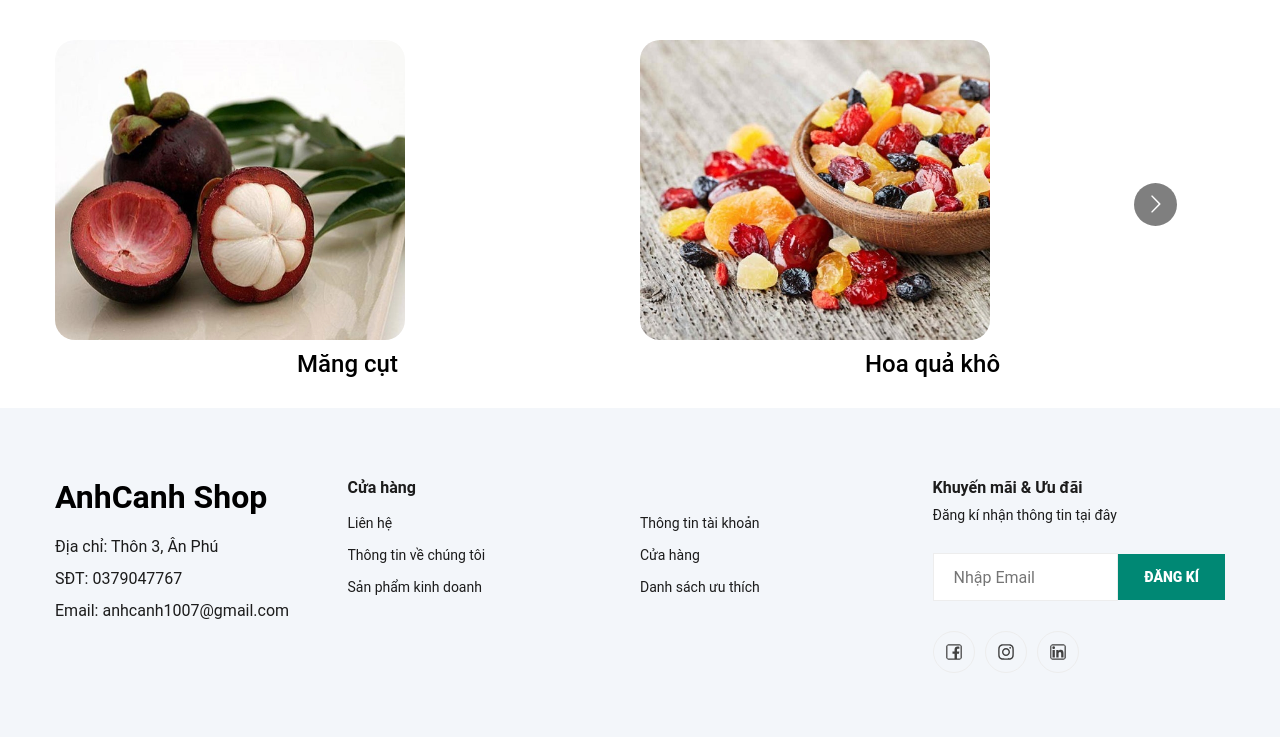
Repository: anhcanh1007/show_product
Page: /
The author's editor kept a copy of each file at every save. The page is drawn from the files as they stood at one save, then again after a run of saves.
The browser window is 1280 px wide. The pictures show the part of the page from y = 591 to 1356 px (the page is 1328 px tall before and 1356 px after).
The project was rebuilt for these pictures with package versions that can differ from the ones it lists, and the page was loaded fresh each time. Imported but missing from the stored project, and not drawn on this page: src/pages/user/profilePage.

Above is the page before, as saved 2024-01-28 10:20:29.

After the next 2 saves:
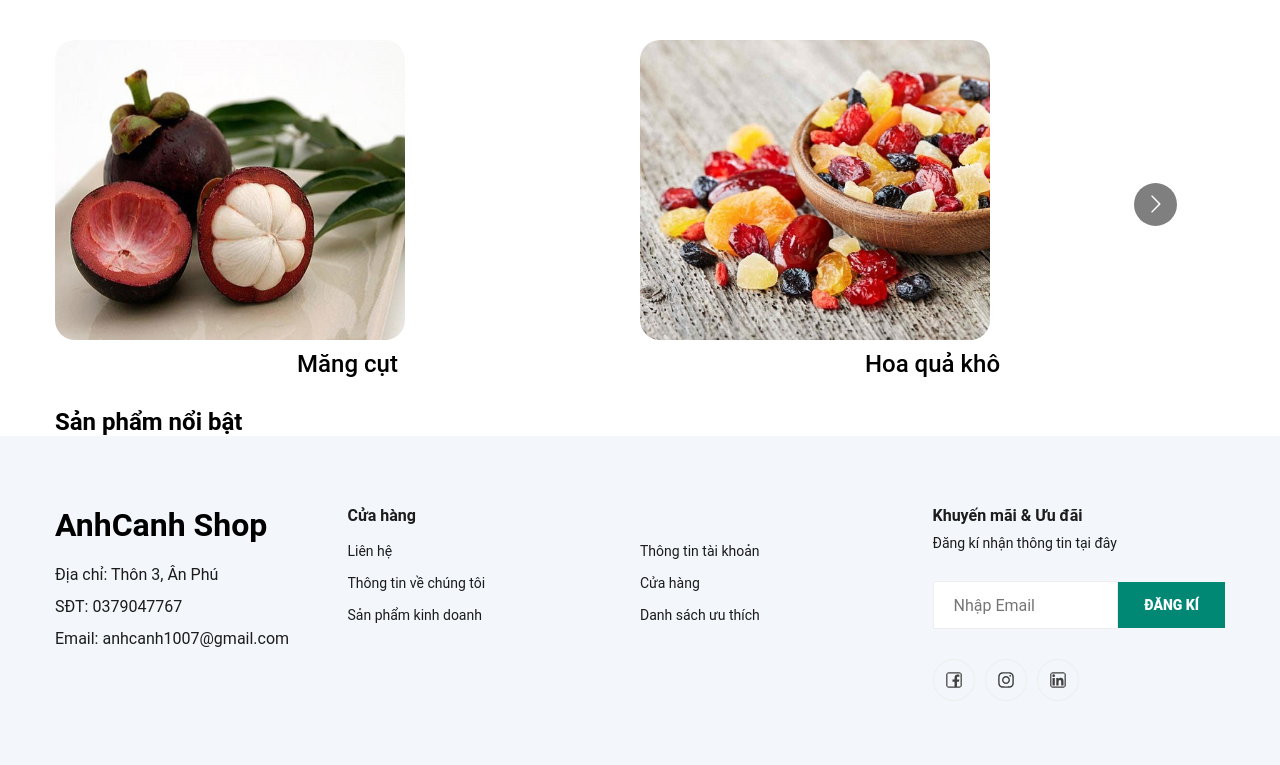
The 2 saves are shown as one change because they came seconds apart.
The last was saved 6 s later.
--- a/src/pages/user/homePage/index.js
+++ b/src/pages/user/homePage/index.js
@@ -63,11 +63,11 @@ const HomePage = () => {
         </Carousel>
       </div>
       <div className="container">
-            <div className="feature">
-              <div className="section-title">
-                <h2></h2>
-              </div>
-            </div>
+        <div className="feature">
+          <div className="section-title">
+            <h2>Sản phẩm nổi bật</h2>
+          </div>
+        </div>
       </div>
     </>
   );
